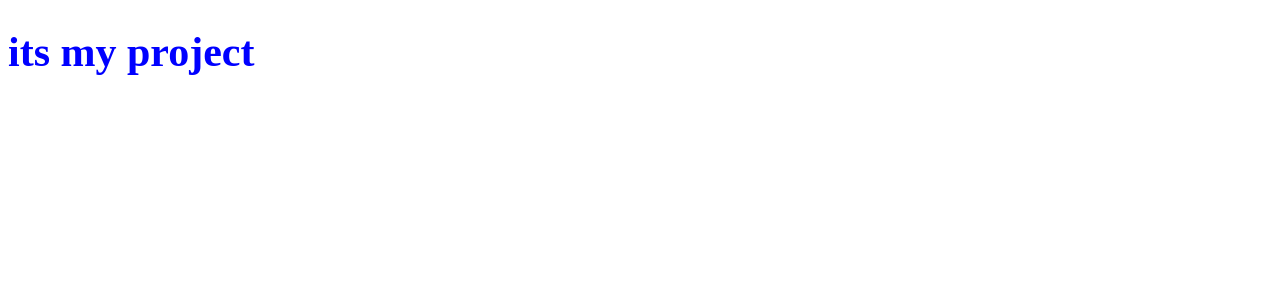
Repository: Hansol46/Films-archive
Page: /
These files come from the project's save history. The page is drawn as it stood at one moment and after the next save; the edit follows.
The browser window is 1280 px wide. The pictures show the whole page.
The project was rebuilt for these pictures with package versions that can differ from the ones it lists, and the page was loaded fresh each time. Also part of the build but not shown: webpack.config.js.

Above is the page before, as saved 2020-09-24 14:09:31.

After the next save:
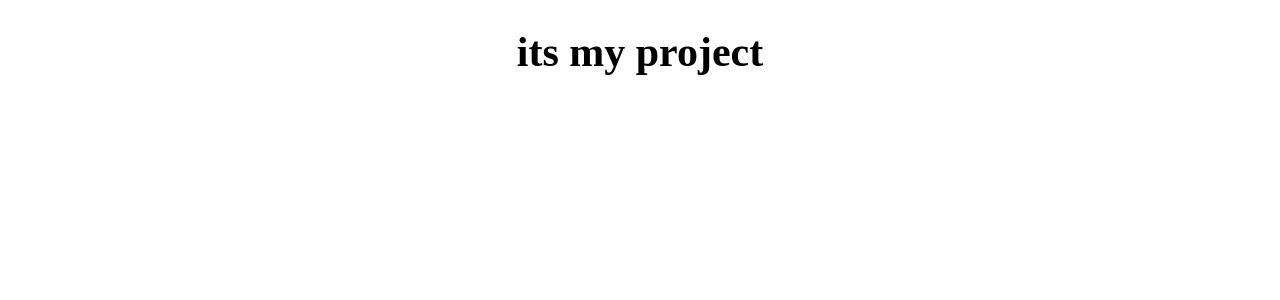
Saved 52 s later.
--- a/src/components/App.js
+++ b/src/components/App.js
@@ -1,6 +1,6 @@
 import React from 'react'
-// import '../styles/App.css'
-import '../styles/App.module.sass'
+import '../styles/App.css'
+// import '../styles/App.module.sass'
 
 // class App extends React.Component {
 //     render() {
